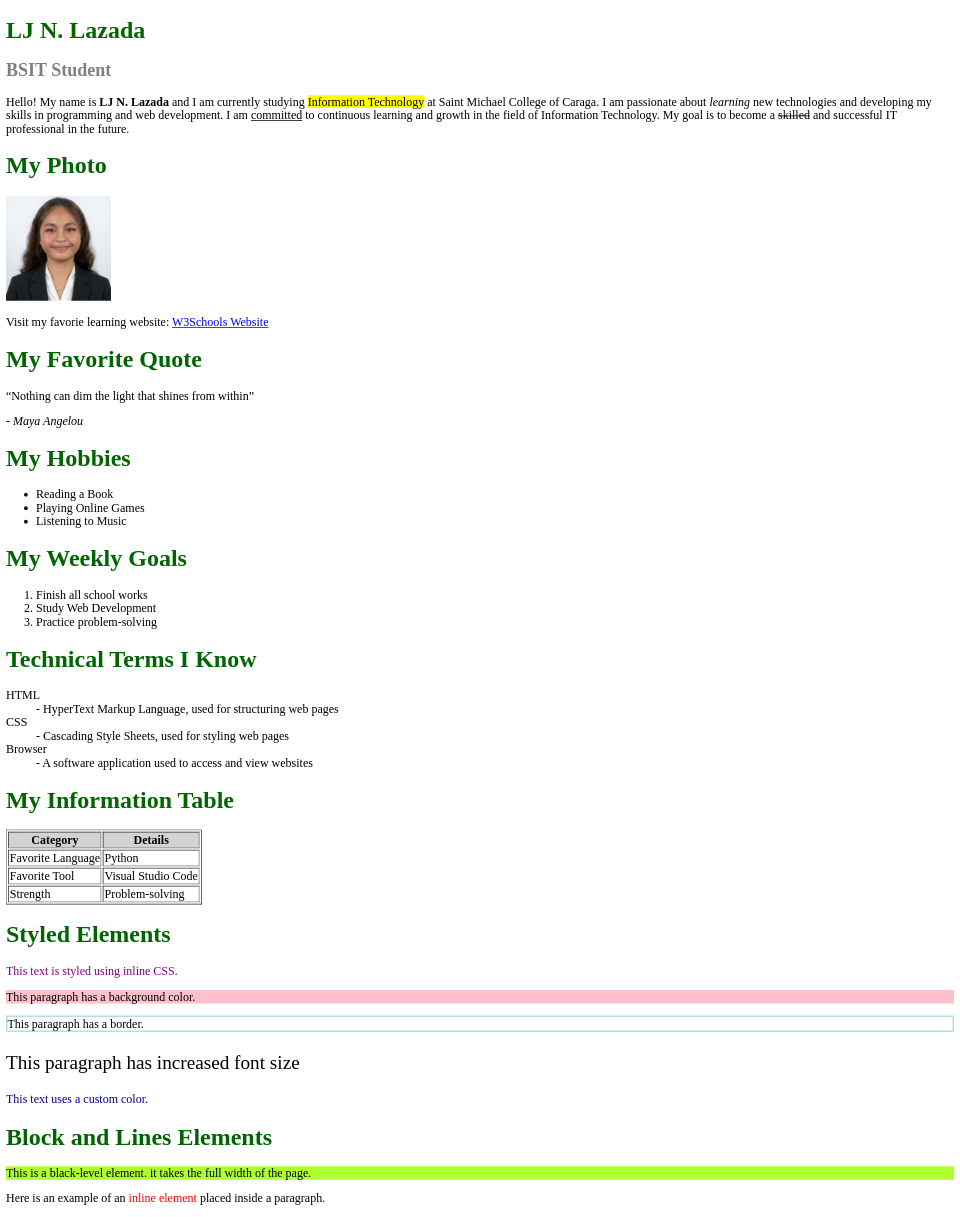
Repository: ljlazada11/myfirsthtml
Page: index.html
The author's editor kept a copy of each file at every save. The page is drawn from the files as they stood at one save, then again after the next save.
The browser window is 1280 px wide. The pictures show the whole page, at 75% of full size.

Above is the page before, as saved 2026-06-24 21:20:55.

### index.html
<!DOCTYPE html>
<html lang="en">
<head>
    <meta charset="UTF-8">
    <meta name="viewport" content="width=device-width, initial-scale=1.0">
    <title>My Personal Web Profile</title>
    <link rel="icon" type="image/x-icon" href="images.png">

</head>
<body>
    <h1 style="color:darkgreen;">LJ N. Lazada</h1>
    <h2 style="color:gray;">BSIT Student</h2>
    <p>Hello! My name is <strong>LJ N. Lazada</strong> and I am currently studying <mark>Information Technology</mark> at Saint Michael College of Caraga. I am passionate about <i>learning</i> new technologies and developing my skills in programming and web development. I am <ins>committed</ins> to continuous learning and growth in the field of Information Technology. My goal is to become a <del>skilled</del> and successful IT professional in the future.</p>
</body>
    <h1 style="color:darkgreen;">My Photo</h1>
    <img src="pic.jpg" alt="My	Profile	Picture" width="140" height="140">
    <p> Visit my favorie learning website: <a href="https://www.w3schools.com/html/default.asp" target="_blank">W3Schools	Website</a></p>

<body>
    <h1 style="color:darkgreen;">My Favorite Quote</h1>
    <p><q>Nothing can dim the light that shines from within</q></p>
    <p><cite>- Maya Angelou</cite></p>
</body>
    <h1 style="color:darkgreen">My Hobbies</h1>
    <ul>
        <li>Reading a Book</li>
        <li>Playing Online Games</li>
        <li>Listening to Music</li>
    </ul>
</body>
    <h1 style="color:darkgreen">My Weekly Goals</h1>
    <ol>
        <li>Finish all school works</li>
        <li>Study Web Development</li>
        <li>Practice problem-solving</li>
    </ol>
<body>
    <h1 style="color:darkgreen">Technical Terms I Know</h1>
    <dl>
        <dt>HTML</dt>
        <dd>- HyperText Markup Language, used for structuring web pages</dd>
        <dt>CSS</dt>
        <dd>- Cascading Style Sheets, used for styling web pages</dd>
        <dt>Browser</dt>
        <dd>- A software application used to access and view websites</dd>
    </dl>
</body>
    <h1 style="color:darkgreen">My Information Table</h1>
<table border="1">
    <tr>
        <th style="background-color:lightgray;">Category</th>
        <th style="background-color:lightgray;">Details</th>
    </tr>
    <tr>
        <td>Favorite Language</td>
        <td>Python</td>
    </tr>
    <tr>
        <td>Favorite Tool</td>
        <td>Visual Studio Code</td>
    </tr>
    <tr>
        <td>Strength</td>
        <td>Problem-solving</td>
    </tr>
</table>
<body>
    <h1 style="color:darkgreen">Styled Elements</h1>
    <p style="color:purple;">This text is styled using inline CSS.</p>
    <p style="background-color:pink;">This paragraph has a background color.</p>
    <p style="border: 2px solid powderblue;">This paragraph has a border.</p>
    <p style="color: black; font-family: san serif; font-size: 160%;">This paragraph has increased font size</p>
    <p style="color: darkblue;">This text uses a custom color.</p>
</body>
    <h1 style="color:darkgreen;">Block and Lines Elements</h1>
    <div style="background:greenyellow;">This is a black-level element. it takes the full width of the page.</div>
    <p>Here is an example of an <span style="color:red;">inline element</span> placed inside a paragraph.</p>

</html>

After the next save:
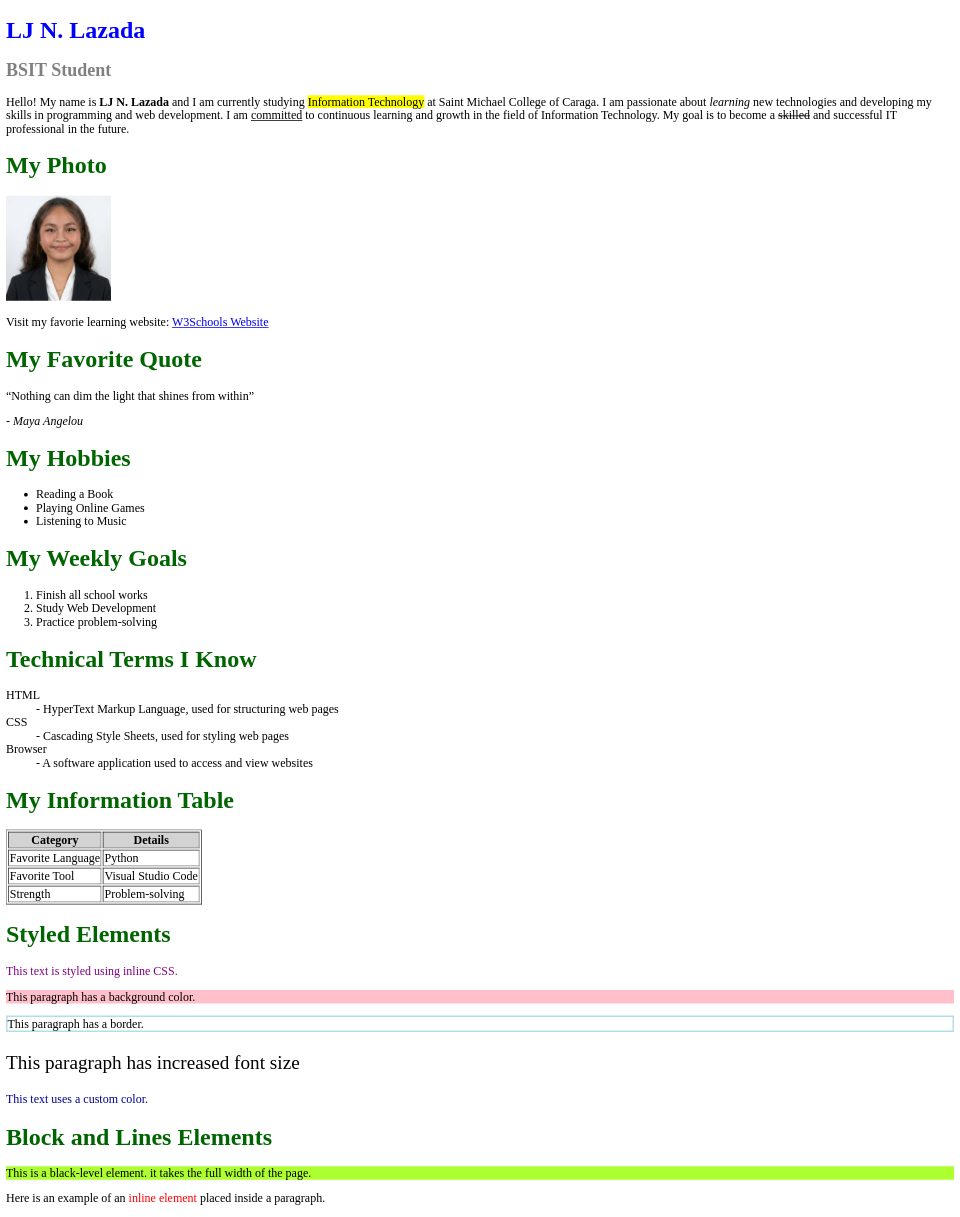
Saved 21 s later.
--- a/index.html
+++ b/index.html
@@ -8,7 +8,7 @@
 
 </head>
 <body>
-    <h1 style="color:darkgreen;">LJ N. Lazada</h1>
+    <h1 style="color:blue;">LJ N. Lazada</h1>
     <h2 style="color:gray;">BSIT Student</h2>
     <p>Hello! My name is <strong>LJ N. Lazada</strong> and I am currently studying <mark>Information Technology</mark> at Saint Michael College of Caraga. I am passionate about <i>learning</i> new technologies and developing my skills in programming and web development. I am <ins>committed</ins> to continuous learning and growth in the field of Information Technology. My goal is to become a <del>skilled</del> and successful IT professional in the future.</p>
 </body>
